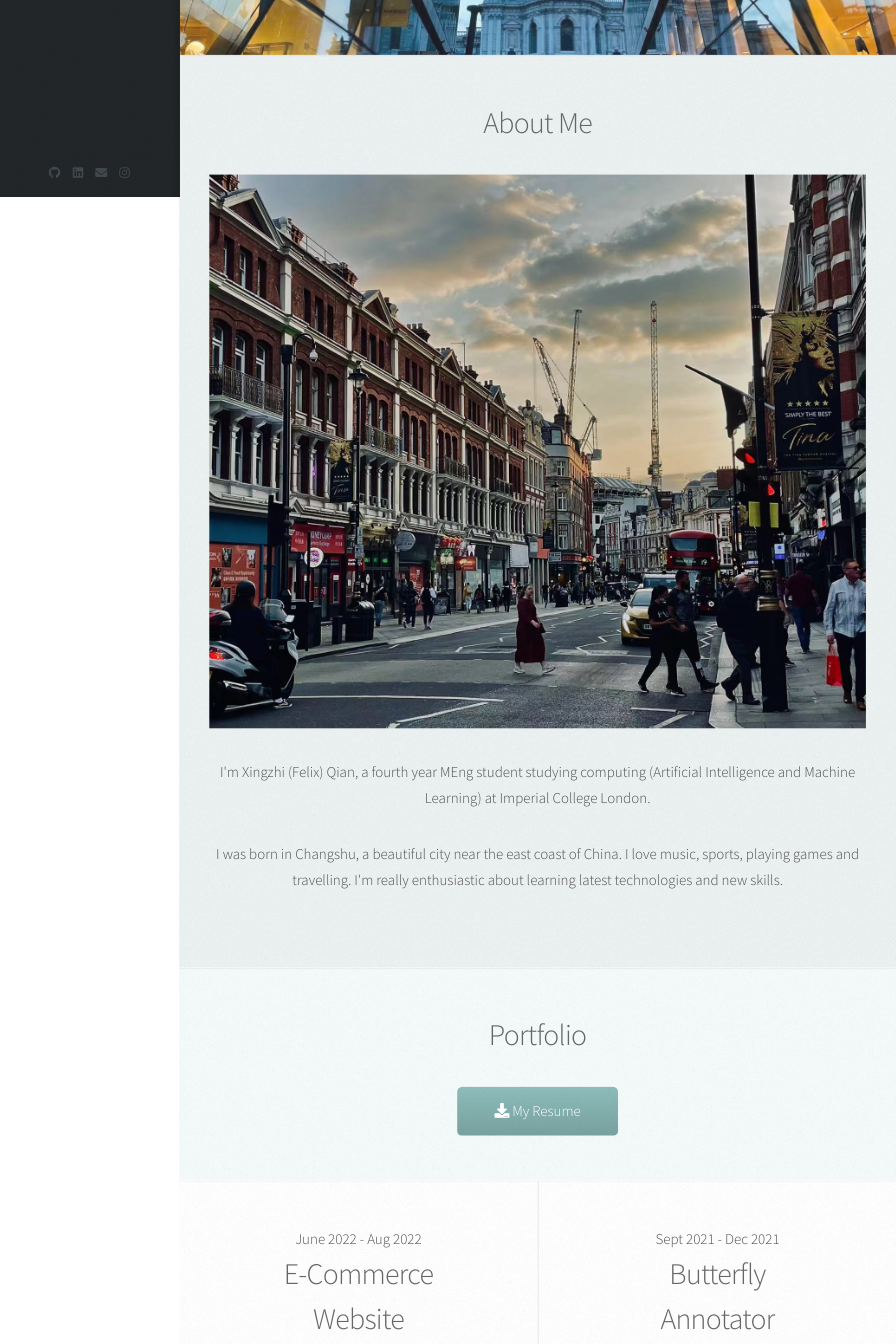
Repository: Felixqxz/Felixqxz.github.io
Page: index.html
An editor plug-in stored every save of this project. The page is shown before and after a run of saves, followed by the edit.
The browser window is 1280 px wide. The pictures show the part of the page from y = 438 to 2358 px (the page is 5957 px tall before and 5466 px after), at 70% of full size.

Above is the page before, as saved 2022-08-02 15:14:46.

### index.html
<!DOCTYPE HTML>
<!--
	Prologue by HTML5 UP
	html5up.net | @ajlkn
	Free for personal and commercial use under the CCA 3.0 license (html5up.net/license)
-->
<html>
	<head>
		<title>Prologue by HTML5 UP</title>
		<meta charset="utf-8" />
		<meta name="viewport" content="width=device-width, initial-scale=1, user-scalable=no" />
		<link rel="stylesheet" href="assets/css/main.css" />
	</head>
	<body class="is-preload">

		<!-- Header -->
			<div id="header">

				<div class="top">

					<!-- Logo -->
						<div id="logo">
							<span class="image avatar48"><img src="images/avatar.jpg" alt="" /></span>
							<h1 id="title">Xingzhi Qian</h1>
							<p>Imperial College London</p>
						</div>

					<!-- Nav -->
						<nav id="nav">
							<ul>
								<li><a href="#top" id="top-link"><span class="icon solid fa-home">Intro</span></a></li>
								<li><a href="#about" id="about-link"><span class="icon solid fa-user">About Me</span></a></li>
								<li><a href="#portfolio" id="portfolio-link"><span class="icon solid fa-th">Portfolio</span></a></li>
								<!-- <li><a href="#contact" id="contact-link"><span class="icon solid fa-envelope">Contact</span></a></li> -->
							</ul>
						</nav>

				</div>

				<div class="bottom">

					<!-- Social Icons -->
						<ul class="icons">
							<li><a href="https://github.com/Felixqxz" class="icon brands fa-github"><span class="label">Github</span></a></li>
							<li><a href="https://www.linkedin.com/in/felixqian" class="icon brands fa-linkedin"><span class="label">LinkedIn</span></a></li>
							<li><a href="mailto: xingzhi.qian19@imperial.ac.uk" class="icon solid fa-envelope"><span class="label">Email</span></a></li>
							<li><a href="https://www.instagram.com/felix_qxz" class="icon brands fa-instagram"><span class="label">Instagram</span></a></li>
						</ul>

				</div>

			</div>

		<!-- Main -->
			<div id="main">

				<!-- Intro -->
					<section id="top" class="one dark cover">
						<div class="container">

							<header>
								<h2 class="alt">Hi! I'm <strong>Xingzhi (Felix)</strong>,</h2>
								<h2>a fourth year MEng Computing student at</h2>
								<h2>Imperial College London</h2>
							</header>

							<footer>
								<a href="#about" class="button scrolly">Explore more</a>
							</footer>

						</div>
					</section>


					<!-- About Me -->
					<section id="about" class="three">
						<div class="container">

							<header>
								<h2>About Me</h2>
							</header>

							<a href="#" class="image featured"><img src="images/about.jpeg" width="" alt="" /></a>

							<p>I'm Xingzhi (Felix) Qian, a fourth year MEng student studying computing (Artificial Intelligence and Machine Learning) at Imperial College London. </p>
							<p>I was born in Changshu, a beautiful city near the east coast of China. I love music, sports, playing games and travelling.
								I'm really enthusiastic about learning latest technologies and new skills.
							</p>

						</div>
					</section>

					<!-- Portfolio -->
					<section id="portfolio" class="two">
						<div class="container">

							<header>
								<h2>Portfolio</h2>
							</header>

							<a href="assets/CV.pdf" class="button" target="_blank"><i class="fa fa-download"></i>  My Resume</a>

						</div>
					</section>

					<section class="posts">
						<article>
							<header>
								<span class="date">June 2022 - Aug 2022</span>
								<h2>E-Commerce<br />
								Website</a></h2>
							</header>
							<img src="images/E-Commerce.jpg" width="400" height="250" alt="" /><br><br>
							<p>Built up an e-commerce website with Angular front-end and spring-boot back-end. Implemented the credit card payments using Stripe API.
								Developed Spring Boot back-end using REST APIs and connectted with MySQL database. ensuring web security using JWT, OAuth2.
							</p>
							<a href="https://github.com/Felixqxz/e-commerce" class="icon brands fa-github" style="font-size:36px"><span class="label">Github</span></a>
						</article>
						<article>
							<header>
								<span class="date">Sept 2021 - Dec 2021</span>
								<h2>Butterfly<br />
								Annotator</a></h2>
							</header>
							<img src="images/butterfly.jpg" width="400" height="250" alt="" /><br><br>
							<p>Collaborated in team of 6 online to create GUI for annotating terms in butterfly descriptions to regions in butterfly images.
							Implemented front-end using Vue.js with bootstrap, enabling user draw polygons on canvas to manually select regions.
							Used Flask and SQLite at back-end and designed the functionality that can automatically generate possible
							keywords and set different permissions (admin, viewer, editor).
							</p>
							<a href="https://github.com/Felixqxz/butterfly-annotator" class="icon brands fa-github" style="font-size:36px"><span class="label">Github</span></a>
						</article>
						<article>
							<header>
								<span class="date">June 2021 - July 2021</span>
								<h2>Personal<br />
								Blog</h2>
							</header>
							<img src="images/personal-blog.jpeg"  width="400" height="250" alt="" /><br><br>
							<p>Created and built up the personal blog that enables different users to add their own blogs with Markdown format.
								Implemented front-end using Vue with element-UI, and back-end using Spring boot with MySQL. Used JWT (JSON Web Tokens) to ensure
								security between front-end and back-end.
							</p><br><br>
							<a href="https://github.com/Felixqxz/blog" class="icon brands fa-github" style="font-size:36px"><span class="label">Github</span></a>
						</article>
						<article>
							<header>
								<span class="date">May 2021</span>
								<h2>Online Platform for<br />
									 Chinese Students at Imperial</h2>
							</header>
							<img src="images/ios.jpg" width="300" height="400" alt="" /><br><br>
							<p>Built up a mobile app that provides a platform for Chinese students at Imperial College to post problem that they would like to ask or share.
								Interviewed a few Chinese students in different years at Imperial and improved the software based on their feedback during the project iterations.
								Implemented using Swift for both front-end and back-end with Firebase as cloud-based NoSQL database.

							</p><br><br>
							<a href="https://github.com/Felixqxz/drp" class="icon brands fa-github" style="font-size:36px"><span class="label">Github</span></a>
						</article>
						<article>
							<header>
								<span class="date">Oct 2020 - Dec 2020</span>
								<h2>WACC<br />
								Compiler</h2>
							</header>
							<img src="images/wacc.png" width="400" height="250" alt="" /><br><br>
							<p>Worked in team of 4 online to build up Wacc compiler that generates assembly code using Java. Wacc is a simple language for educational purposes.
								Generated the language parser and constructed abstract syntax tree using ANTLR tool.
								Allowed for syntax and semantic checking of inputs and generate error messages according to both syntax and semantic error.


							</p><br><br>
							<a href="https://github.com/Felixqxz/Wacc" class="icon brands fa-github" style="font-size:36px"><span class="label">Github</span></a>
						</article>
						<article>
							<header>
								<span class="date">June 2018 - July 2018</span>
								<h2>Cataracts Classification<br /> Using SqueezeNet</h2>
							</header>
							<img src="images/cataracts.jpeg" width="400" height="250" alt="" /><br><br>
							<p>Used SqueezeNet, a deep neural network with few parameters, on cataracts classification that can help
								ophthalmologists diagnose different types of cataracts with images, achieving accuracy on test data at 96%.
								Generated and applied data augmentation to preprocess data for labeled datasets, and trained model with
								transfer learning using Keras and TensorFlow.
								Came up with the idea from volunteering in ophthalmology department and finding it took ophthalmologists
								time to diagnose different types of cataracts.


							</p>
							<a href="https://github.com/Felixqxz/cataracts-classification" class="icon brands fa-github" style="font-size:36px"><span class="label">Github</span></a>
						</article>
					</section>



				<!-- Contact -->
					<!-- <section id="contact" class="four">
						<div class="container">

							<header>
								<h2>Contact</h2>
							</header>

							<p>Elementum sem parturient nulla quam placerat viverra
							mauris non cum elit tempus ullamcorper dolor. Libero rutrum ut lacinia
							donec curae mus. Eleifend id porttitor ac ultricies lobortis sem nunc
							orci ridiculus faucibus a consectetur. Porttitor curae mauris urna mi dolor.</p>

							<form method="post" action="#">
								<div class="row">
									<div class="col-6 col-12-mobile"><input type="text" name="name" placeholder="Name" /></div>
									<div class="col-6 col-12-mobile"><input type="text" name="email" placeholder="Email" /></div>
									<div class="col-12">
										<textarea name="message" placeholder="Message"></textarea>
									</div>
									<div class="col-12">
										<input type="submit" value="Send Message" />
									</div>
								</div>
							</form>

						</div>
					</section> -->

			</div>

		<!-- Footer -->
			<div id="footer">

				<!-- Copyright -->
					<ul class="copyright">
						<li>&copy; Copyright © 2022 Xingzhi Qian All Rights Reserved.</li><br>
						<li>&copy; Created by Xingzhi Qian </li>
					</ul>

			</div>

		<!-- Scripts -->
			<script src="assets/js/jquery.min.js"></script>
			<script src="assets/js/jquery.scrolly.min.js"></script>
			<script src="assets/js/jquery.scrollex.min.js"></script>
			<script src="assets/js/browser.min.js"></script>
			<script src="assets/js/breakpoints.min.js"></script>
			<script src="assets/js/util.js"></script>
			<script src="assets/js/main.js"></script>

	</body>
</html>

Loaded but not shown: assets/css/fontawesome-all.min.css (library); assets/js/jquery.min.js (library); assets/js/jquery.scrolly.min.js (common file); assets/js/jquery.scrollex.min.js (common file); assets/js/browser.min.js (common file); assets/js/breakpoints.min.js (common file); assets/js/util.js (587 lines, source omitted); assets/js/main.js (123 lines, source omitted); assets/css/main.css (2800 lines, source omitted)

After the next 4 saves:
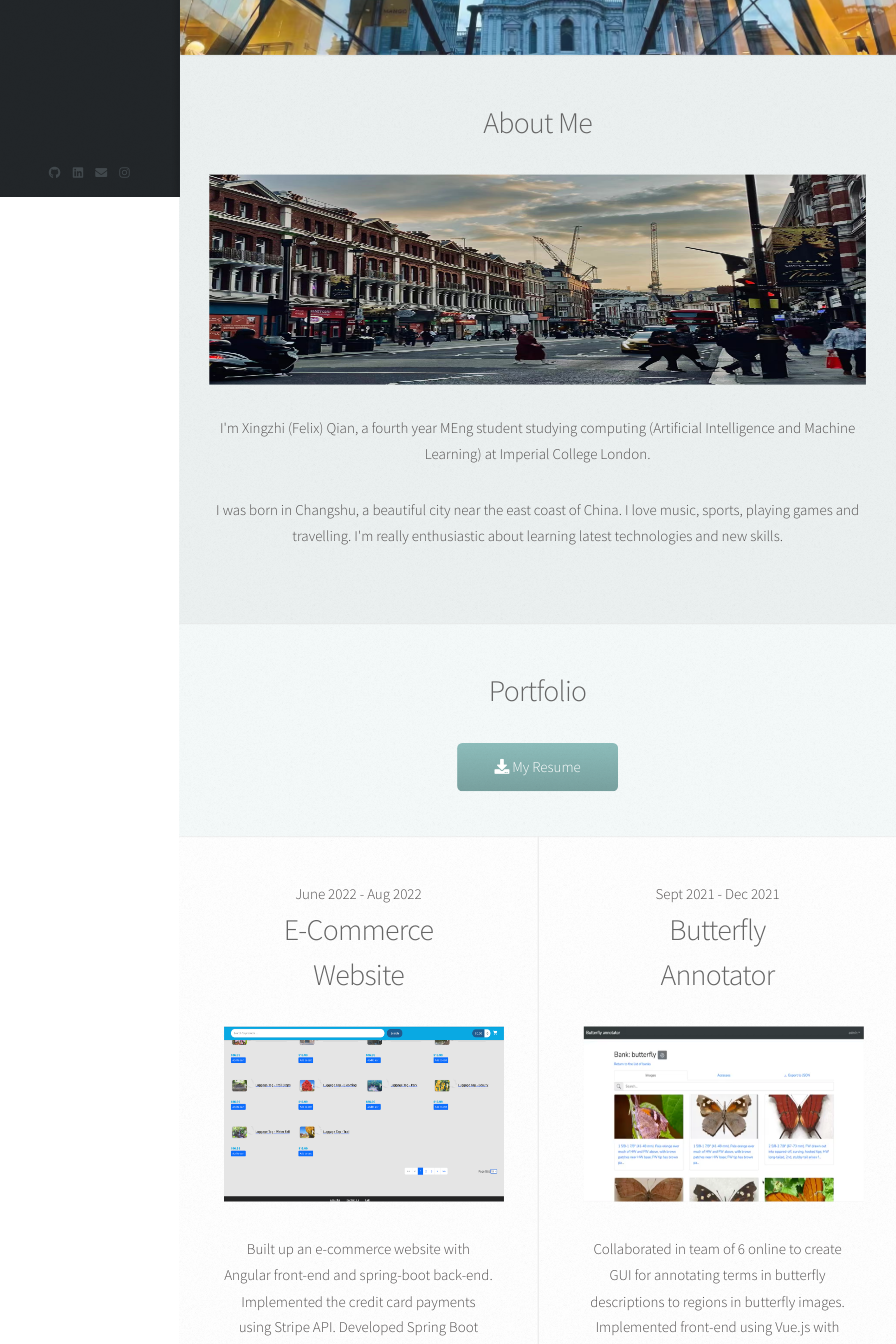
The 4 saves are shown as one change because they came seconds apart.
The last was saved 10 s later.
--- a/index.html
+++ b/index.html
@@ -80,7 +80,7 @@
 								<h2>About Me</h2>
 							</header>
 
-							<a href="#" class="image featured"><img src="images/about.jpeg" width="" alt="" /></a>
+							<a href="#" class="image featured"><img src="images/about.jpeg" height="300" alt="" /></a>
 
 							<p>I'm Xingzhi (Felix) Qian, a fourth year MEng student studying computing (Artificial Intelligence and Machine Learning) at Imperial College London. </p>
 							<p>I was born in Changshu, a beautiful city near the east coast of China. I love music, sports, playing games and travelling.
